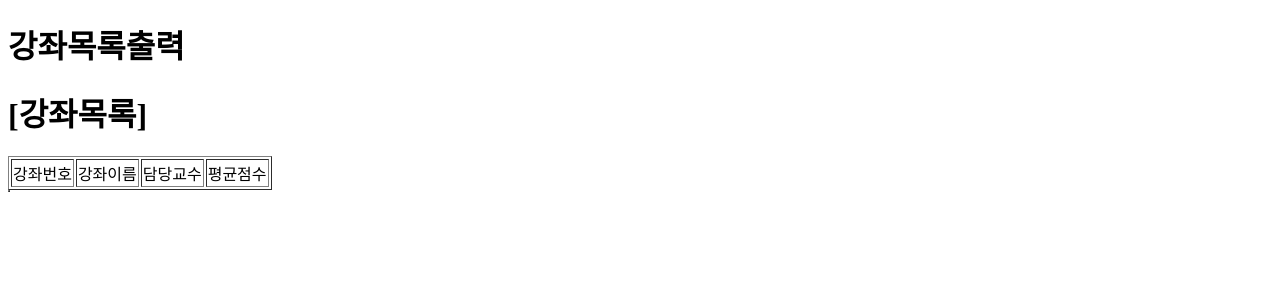
Repository: whwlsghkstm/html
Page: http://localhost/Ex0504/list.jsp
An editor plug-in stored every save of this project. The page is shown before and after the next save, followed by the edit.
The browser window is 1280 px wide. The pictures show the whole page.
Some web libraries are served in a nearby version. The page is served by Tomcat 9. Queries for data that is not in the repository find no rows.

Above is the page before, as saved 2020-05-04 04:15:04.
Console error (its wording comes from the project's code and is left out).

After the next save:
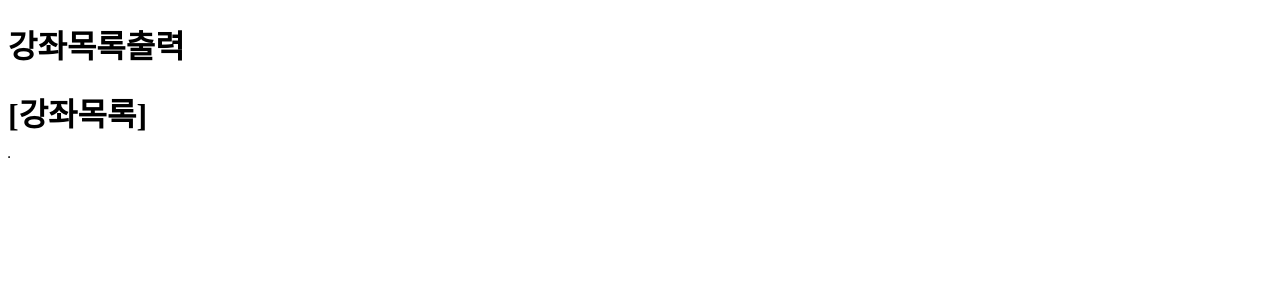
Saved 110 s later.
--- a/Ex0504/WebContent/list.jsp
+++ b/Ex0504/WebContent/list.jsp
@@ -12,14 +12,7 @@
 	<h1>강좌목록출력</h1>
 
 	<h1>[강좌목록]</h1>
-	<table id="ctab" border=1>
-		<tr class="title">
-			<td>강좌번호</td>
-			<td>강좌이름</td>
-			<td>담당교수</td>
-			<td>평균점수</td>
-		</tr>
-	</table>
+
 	<table id="tab1" border=1></table>
 	<script id="temp1" type="text/x-handlebars-template">
 			<tr class="title">
@@ -54,7 +47,6 @@
 			type:"get",
 			url:"json.jsp",
 			dataType:"json",
-			data:{"lcode":lcode},
 			success:function(data){
 				var temp=Handlebars.compile($("#temp1").html());
 				$("#tab1").html(temp(data));
